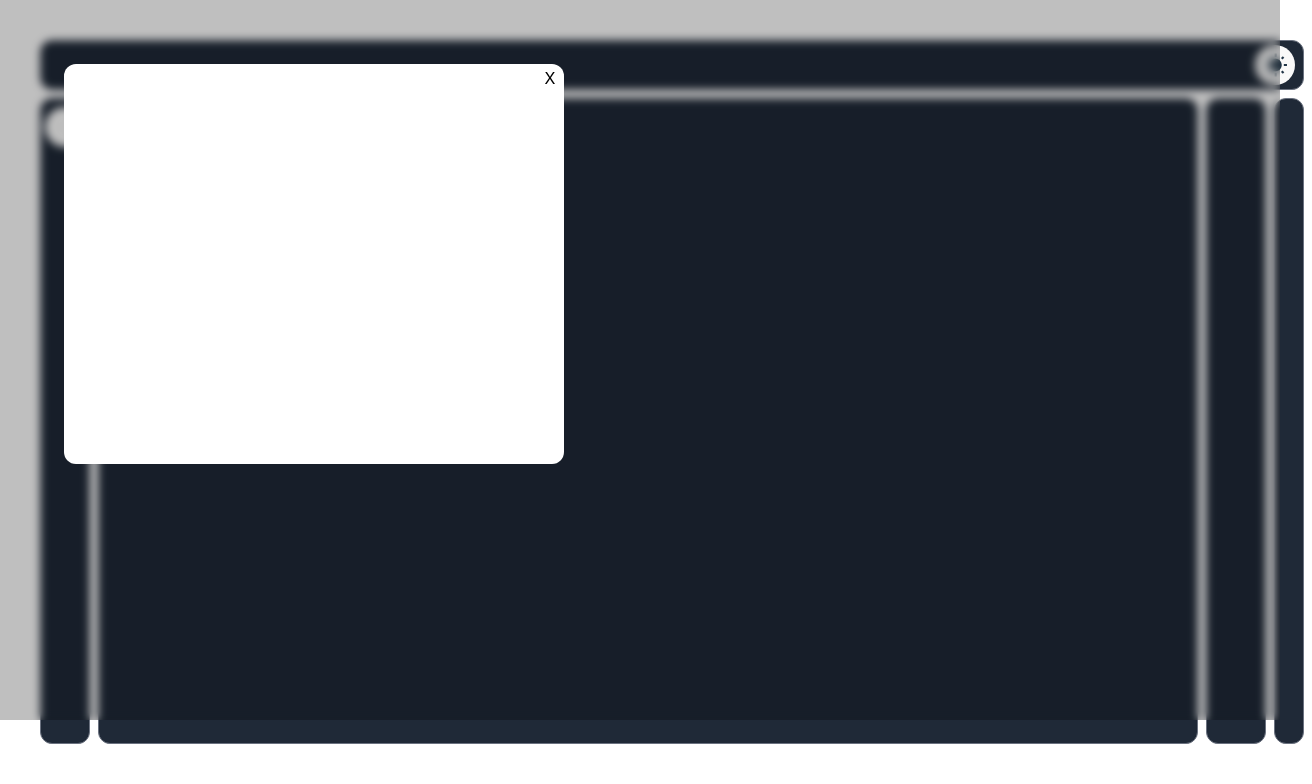
Repository: Wuiserous/Todo-App
Page: /, after clicking the first element matching `button.w-10`
These files come from the project's save history. The page is drawn as it stood at one moment and after a run of saves; the edit follows.
The browser window is 1280 px wide. The page is 1312 px wide, so the pictures cover 1312 px, including what lies to the right of the window. The pictures show the whole page.
The project was rebuilt for these pictures with package versions that can differ from the ones it lists, and the page was loaded fresh each time. Also part of the build but not shown: vite.config.js.

Above is the page before, as saved 2024-11-10 12:41:54.

### src/index.css
/* src/index.css */
@tailwind base;
@tailwind components;
@tailwind utilities;

:root {
  font-family: Inter, system-ui, Avenir, Helvetica, Arial, sans-serif;
  line-height: 1.5;
  font-weight: 400;

  color-scheme: light dark;
  color: rgba(255, 255, 255, 0.87);
  background-color: black;

  font-synthesis: none;
  text-rendering: optimizeLegibility;
  -webkit-font-smoothing: antialiased;
  -moz-osx-font-smoothing: grayscale;
}

a {
  font-weight: 500;
  color: #646cff;
  text-decoration: inherit;
}
a:hover {
  color: #535bf2;
}

h1 {
  font-size: 3.2em;
  line-height: 1.1;
}


button:hover {
  border-color: #646cff;
}
button:focus,
button:focus-visible {
  outline: 4px auto -webkit-focus-ring-color;
}

@media (prefers-color-scheme: light) {
  :root {
    color: #213547;
    background-color: #ffffff;
  }
  a:hover {
    color: #747bff;
  }
  button {
    background-color: #f9f9f9;
  }
}

### src/App.jsx
import { useState } from 'react'
import './App.css'
import { MdWbSunny } from "react-icons/md";
import { AiFillMoon } from "react-icons/ai";
import { IoMdAddCircle } from "react-icons/io";
import ToolBar from './components/ToolBar'
import NavBar from './components/NavBar'
import TaskSpace from './components/TaskSpace'
import Modal from './components/Modal'
import ProgressSpace from './components/ProgressSpace'
import MotivationSpace from './components/MotivationSpace'

function App() {
  const [darkMode, setDarkMode] = useState(false)
  const [showModal, setShowModal] = useState(false)
  const hideModal = () => setShowModal(false)
  return (
    <div className='w-[100vw] overflow-hidden p-2 gap-2 h-[100vh] grid grid-cols-[50px_1100px_60px_1fr] grid-rows-[50px_1fr_1fr_1fr]'>
      <ToolBar bgColor={darkMode?'bg-gray-100' : 'bg-gray-800'} Button={<button className="w-10 focus:outline-none h-10 rounded-full flex items-center justify-center" onClick={() => setShowModal(true)}><IoMdAddCircle className={`${darkMode ? 'text-black' : 'text-white'}`} size={40} /></button>} />
      <NavBar Button={<button className="w-10 h-10 focus:outline-none rounded-full flex items-center justify-center" onClick={() => setDarkMode(!darkMode)}>{darkMode ? <AiFillMoon className='text-black' size={25} /> : <MdWbSunny size={25} />}</button>} bgColor={darkMode?'bg-gray-100' : 'bg-gray-800' }/>
      <TaskSpace bgColor={darkMode?'bg-gray-100' : 'bg-gray-800' } />
      <ProgressSpace bgColor={darkMode?'bg-gray-100' : 'bg-gray-800' } />
      <MotivationSpace bgColor={darkMode?'bg-gray-100' : 'bg-gray-800' } />
      <Modal Show={showModal} hide={hideModal} />
    </div>
  )
}

export default App

### src/components/ToolBar.jsx
export default function ToolBar(props) {
    return (
      <div className={`border ${props.bgColor} border-gray-500 p-2 flex justify-center rounded-xl col-span-1 row-start-2 row-end-5`}>
        {props.Button}
      </div>
    )
}

### src/components/NavBar.jsx
import { useState } from 'react'

export default function NavBar(props) {
    return (
      <div className={`rounded-xl col-span-4 border ${props.bgColor} border-gray-500 flex items-center justify-end p-2`}>
        {props.Button}
      </div>
    )
}

### src/components/TaskSpace.jsx
export default function TaskSpace(props) {
    return (
      <div className={`rounded-xl col-start-2 row-start-2 row-end-5 border ${props.bgColor} border-gray-500`}></div>
    )
}

### src/components/Modal.jsx
import { useState, useEffect } from "react";

export default function Modal(props) {
    const [isVisible, setIsVisible] = useState(false);

    useEffect(() => {
        if (props.Show) {
            // Trigger animation when modal is shown
            setIsVisible(true);
        } else {
            // Reset visibility state when modal is hidden
            setIsVisible(false);
        }
    }, [props.Show]);

    if (!props.Show) return null;

    const hide = (e) => {
        if (e.target.id === "wrapper") props.hide();
    };

    return (
      <div
        className="fixed inset-0 bg-black bg-opacity-25 backdrop-blur-sm"
        id="wrapper"
        onClick={hide}
      >
        <div
          className={`relative w-[500px] top-16 left-16 h-[400px] bg-white rounded-xl flex flex-col justify-center items-center text-black transform transition-all duration-500 ${
            isVisible ? "scale-100 opacity-100" : "scale-50 opacity-0"
          }`}
        >
          <button
            onClick={props.hide}
            className="absolute top-1 right-1 w-5 h-5 p-2 flex items-center justify-center rounded-full focus:outline-none bg-transparent text-black"
          >
            X
          </button>
        </div>
      </div>
    );
}

### src/components/ProgressSpace.jsx
export default function ProgressSpace(props) {
    return (
      <div className={`rounded-xl row-start-2 row-end-5 col-start-3 col-end-4 border ${props.bgColor} border-gray-500`}></div>
    )
}

### src/components/MotivationSpace.jsx
export default function MotivationSpace(props) {
    return (
      <div className={`rounded-xl row-start-2 row-end-5 col-start-4 col-end-4 col-span-3 border ${props.bgColor} border-gray-500`}></div>
    )
}

Loaded but not shown: src/main.jsx (common file); src/App.css (common file); tailwind.config.js (common file)

After the next 4 saves:
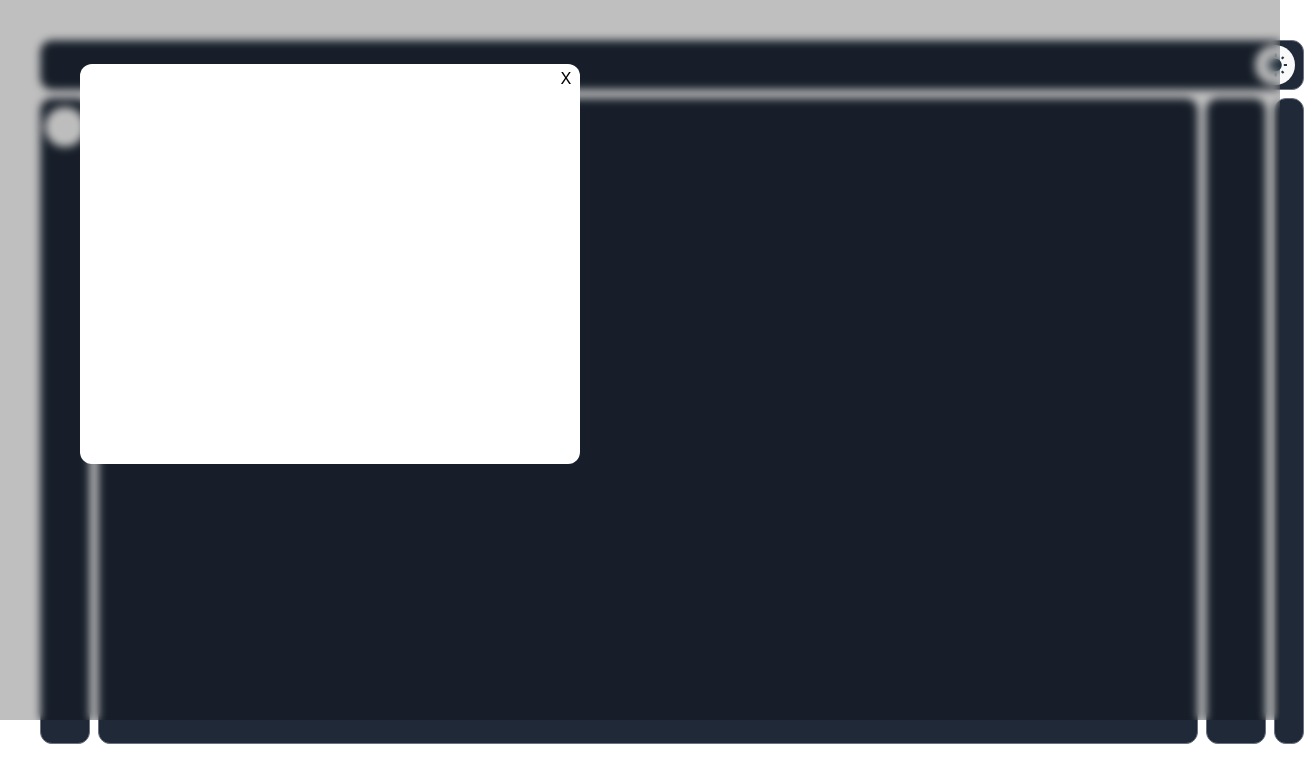
The 4 saves are shown as one change because they came seconds apart.
The last was saved 13 s later.
--- a/src/components/Modal.jsx
+++ b/src/components/Modal.jsx
@@ -26,7 +26,7 @@ export default function Modal(props) {
         onClick={hide}
       >
         <div
-          className={`relative w-[500px] top-16 left-16 h-[400px] bg-white rounded-xl flex flex-col justify-center items-center text-black transform transition-all duration-500 ${
+          className={`relative w-[500px] top-16 left-20 h-[400px] bg-white rounded-xl flex flex-col justify-center items-center text-black transform transition-all duration-500 ${
             isVisible ? "scale-100 opacity-100" : "scale-50 opacity-0"
           }`}
         >
